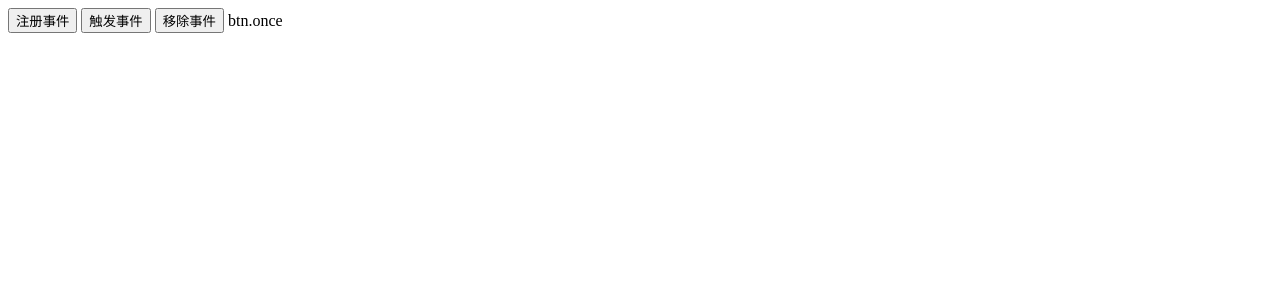
Repository: zwf021123/MyNote
Page: 面试/code/工厂模式/2-发布订阅模式.html
An editor plug-in stored every save of this project. The page is shown before and after the next save, followed by the edit.
The browser window is 1280 px wide. The pictures show the whole page.

Above is the page before, as saved 2024-02-16 16:15:25.

### 面试/code/工厂模式/2-发布订阅模式.html
<!DOCTYPE html>
<html lang="en">
<head>
  <meta charset="UTF-8">
  <meta name="viewport" content="width=device-width, initial-scale=1.0">
  <title>Document</title>
</head>
<body>
  <button class="on">注册事件</button>
  <button class="emit">触发事件</button>
  <button class="off">移除事件</button>
  btn.once
  <script>
    class MyBus {
      // 存储事件及其回调函数
      #handlers = {}

      $on(eventName,callBack) {
        if(this.#handlers[eventName]===undefined) {
          // 初始化为空数组
          this.#handlers[eventName] = []
        }
        this.#handlers[eventName].push(callBack)
      }
    }

    const bus = new MyBus()

  </script>
</body>
</html>

After the next save:
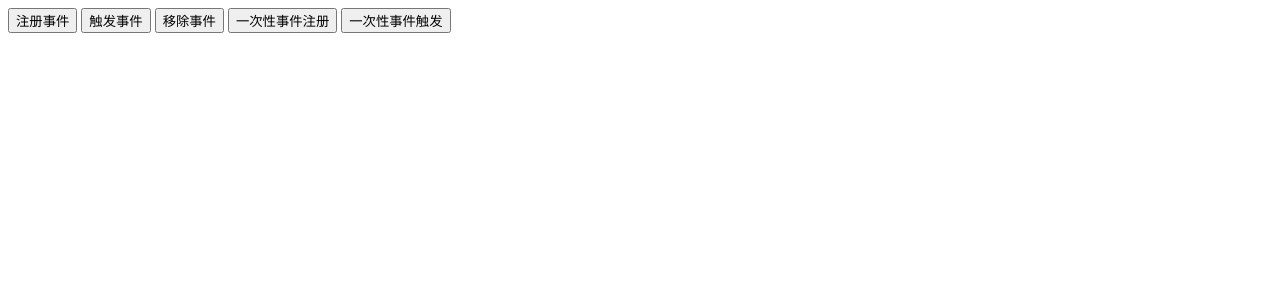
Saved 15 s later.
--- a/面试/code/工厂模式/2-发布订阅模式.html
+++ b/面试/code/工厂模式/2-发布订阅模式.html
@@ -9,7 +9,8 @@
   <button class="on">注册事件</button>
   <button class="emit">触发事件</button>
   <button class="off">移除事件</button>
-  btn.once
+  <button class="once-on">一次性事件注册</button>
+  <button class="once-emit">一次性事件触发</button>
   <script>
     class MyBus {
       // 存储事件及其回调函数
